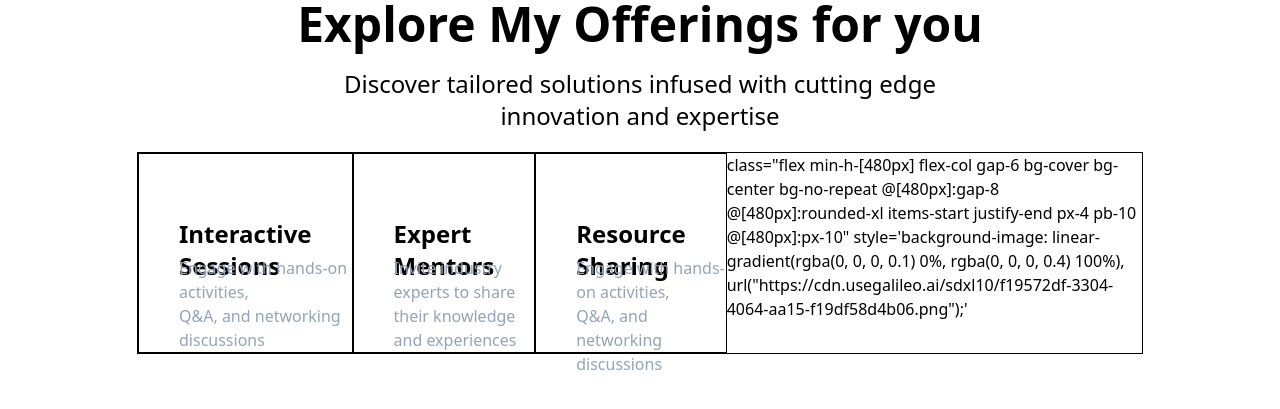
Repository: VickyJulme/fin-page-archesha
Page: /
The author's editor kept a copy of each file at every save. The page is drawn from the files as they stood at one save, then again after a run of saves.
The browser window is 1280 px wide. The pictures show the whole page.
The project was rebuilt for these pictures with package versions that can differ from the ones it lists, and the page was loaded fresh each time. Also part of the build but not shown: vite.config.js, src/App.css.

Above is the page before, as saved 2024-08-01 14:20:12.

### src/App.jsx
import { useState } from 'react'

import './App.css'
import Hr from './Component/Hr'

function App() {


  return (
    <>
      <div >
        <Hr/>
      </div>

    </>
  )
}

export default App

### src/Component/Hr.jsx
import React from 'react'
import './Hr.css'

function Hr() {
  return (
    <div>
      <h1 className="font-semibold text-center text-5xl">
      Explore My Offerings for you
    </h1>
    <p className='text-center m-5 text-2xl'>Discover tailored solutions infused with cutting edge<br/>
      innovation and expertise</p>


      <div id="flex-container">
        <div className="flex-item">

            <h3 className='text-left my-16  mx-10 font-semibold text-2xl '>Interactive Sessions</h3>
            <p className=' para text-left py-0.5 text-slate-400 '>Engage with hands-on activities,<br/>
             Q&A, and networking discussions</p>

             </div>


        <div className="flex-item">

        <h3 className='text-left my-16  mx-10 font-semibold text-2xl '>Expert Mentors</h3>
            <p className=' para text-left py-0.5 text-slate-400 '>Invite industry experts to share<br/>
            their knowledge and experiences</p>


             </div>

        <div className="flex-item">


        <h3 className='text-left my-16  mx-10 font-semibold text-2xl '>Resource Sharing</h3>
            <p className=' para text-left py-0.5 text-slate-400 '>Engage with hands-on activities,<br/>
             Q&A, and networking discussions</p>

             </div>
             class="flex min-h-[480px] flex-col gap-6 bg-cover bg-center bg-no-repeat @[480px]:gap-8 @[480px]:rounded-xl items-start justify-end px-4 pb-10 @[480px]:px-10"
                  style='background-image: linear-gradient(rgba(0, 0, 0, 0.1) 0%, rgba(0, 0, 0, 0.4) 100%), url("https://cdn.usegalileo.ai/sdxl10/f19572df-3304-4064-aa15-f19df58d4b06.png");'

    </div>


    </div>
  )
}

export default Hr

### src/Component/Hr.css
h1{

}



#flex-container {
    display: flex;
    flex-direction: row;
    justify-content: space-between;
    width: 1006px;
    height: 215;
    border: 1px black solid;
    margin: 0 auto;
}

.flex-item {
    width: 318px;
    height: 200px;
    border: 1px black solid;
    background: white;
    position: relative;
    align-items: center;
}

.para{
    position: absolute;
    top: 100px;
    left: 40px;
}

Loaded but not shown: index.html (common file); src/main.jsx (common file); src/index.css (common file); tailwind.config.js (common file)

After the next 6 saves:
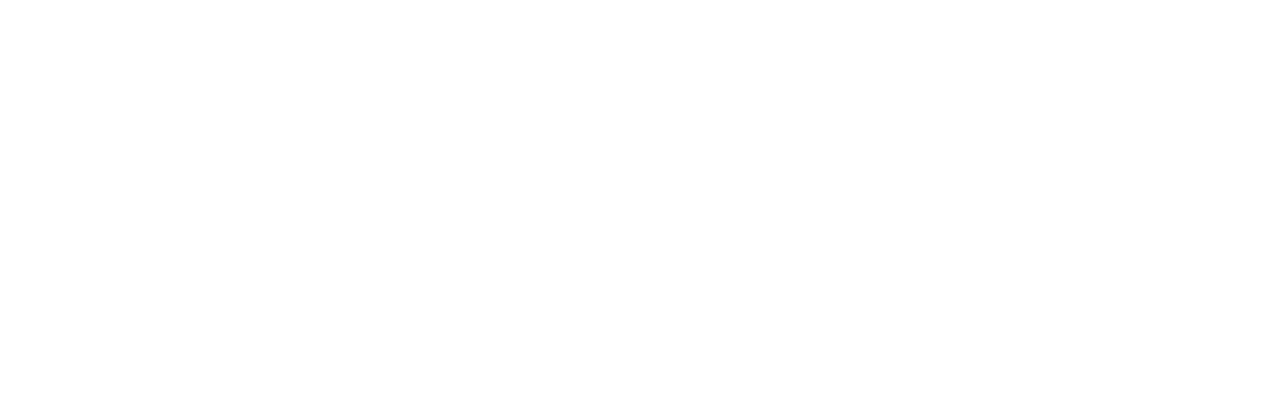
Console error (its wording comes from the project's code and is left out).
The 6 saves are shown as one change because 2 did not build or start and some came seconds apart.
The last was saved 44 s later.
--- a/src/Component/Hr.jsx
+++ b/src/Component/Hr.jsx
@@ -38,8 +38,10 @@
              Q&A, and networking discussions</p>
 
              </div>
-             class="flex min-h-[480px] flex-col gap-6 bg-cover bg-center bg-no-repeat @[480px]:gap-8 @[480px]:rounded-xl items-start justify-end px-4 pb-10 @[480px]:px-10"
+             <div
+                  class="flex min-h-[480px] flex-col gap-6 bg-cover bg-center bg-no-repeat @[480px]:gap-8 @[480px]:rounded-xl items-start justify-end px-4 pb-10 @[480px]:px-10"
                   style='background-image: linear-gradient(rgba(0, 0, 0, 0.1) 0%, rgba(0, 0, 0, 0.4) 100%), url("https://cdn.usegalileo.ai/sdxl10/f19572df-3304-4064-aa15-f19df58d4b06.png");'
+                ></div>
 
     </div>
 

After the 2 saves that followed:
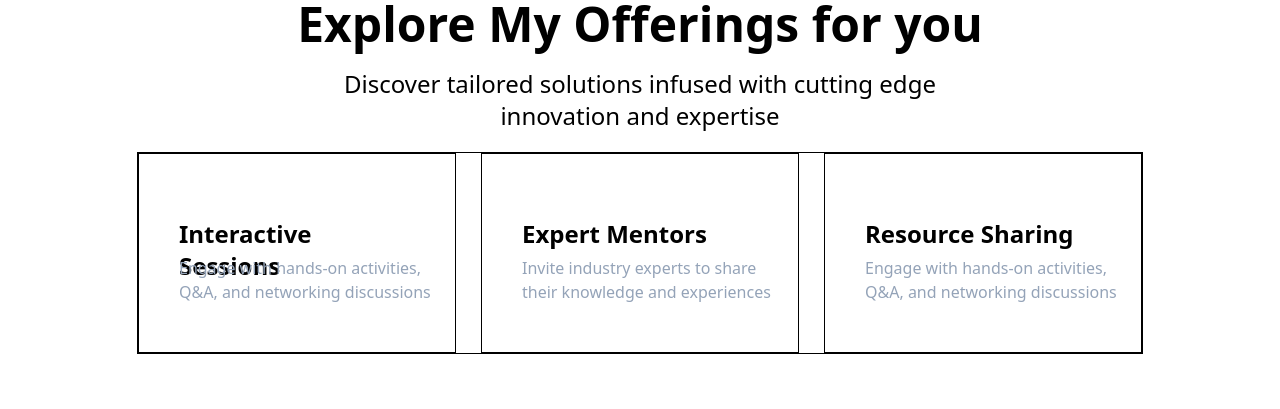
The error is gone.
The 2 saves are shown as one change because 1 left the picture as it was.
The last was saved 73 s later.
--- a/src/Component/Hr.jsx
+++ b/src/Component/Hr.jsx
@@ -38,10 +38,7 @@
              Q&A, and networking discussions</p>
 
              </div>
-             <div
-                  class="flex min-h-[480px] flex-col gap-6 bg-cover bg-center bg-no-repeat @[480px]:gap-8 @[480px]:rounded-xl items-start justify-end px-4 pb-10 @[480px]:px-10"
-                  style='background-image: linear-gradient(rgba(0, 0, 0, 0.1) 0%, rgba(0, 0, 0, 0.4) 100%), url("https://cdn.usegalileo.ai/sdxl10/f19572df-3304-4064-aa15-f19df58d4b06.png");'
-                ></div>
+
 
     </div>
 
